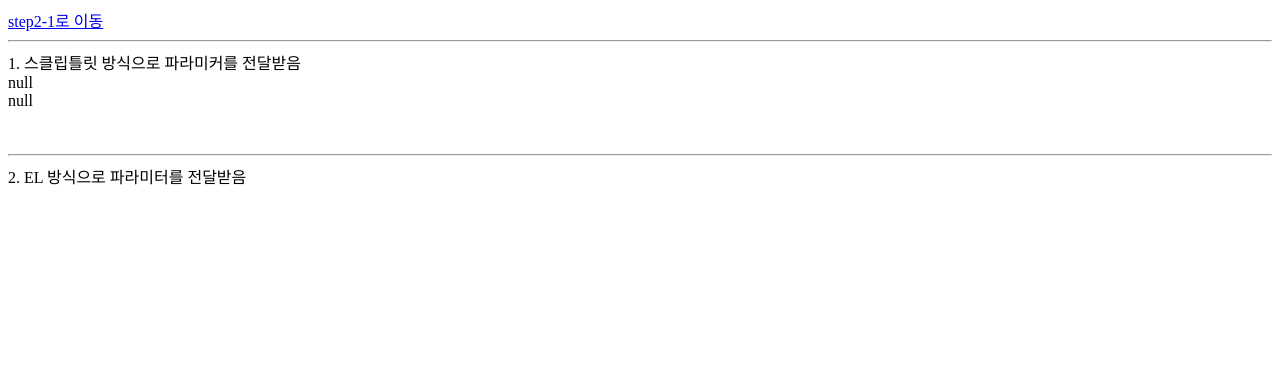
Repository: novemberjj/jsp
Page: http://localhost/jstl_study/step2-2.jsp
The author's editor kept a copy of each file at every save. The page is drawn from the files as they stood at one save, then again after the next save.
The browser window is 1280 px wide. The pictures show the whole page.
The page is served by Tomcat 9.

Above is the page before, as saved 2023-05-09 06:49:54.

After the next save:
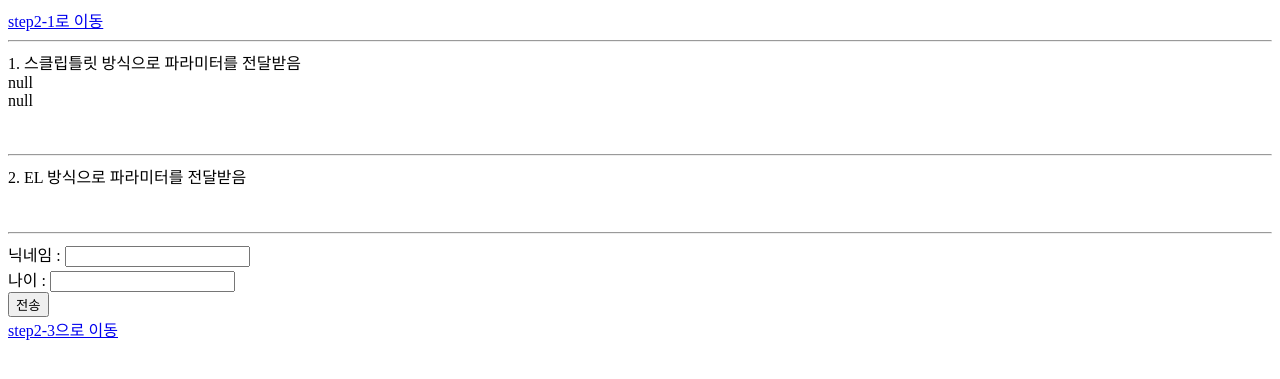
Saved 20 s later.
--- a/jstl_project/jstl_study/src/main/webapp/step2-2.jsp
+++ b/jstl_project/jstl_study/src/main/webapp/step2-2.jsp
@@ -9,7 +9,7 @@
 <body>
 	<a href="step2-1.jsp">step2-1로 이동</a>
 	<hr>
-	1. 스클립틀릿 방식으로 파라미커를 전달받음 <br>
+	1. 스클립틀릿 방식으로 파라미터를 전달받음 <br>
 	<%=request.getParameter("name") %><br>
 	<%=request.getParameter("address") %><br>
 	<br><br>
@@ -17,5 +17,15 @@
 	2. EL 방식으로 파라미터를 전달받음 <br>
 	${param.name}<br>
 	${param.address}<br>
+
+	<!-- EL 방식으로 값이 null이 오게 되면 브라우저에 아무 값도 출력치 않는다 -->
+
+	<hr>
+	<form action="step2-3.jsp"><!-- 값을 step2-3.jsp로 전송 -->
+		닉네임 : <input type="text" name="nick" /> <br>
+		나이 : <input type="text" name="age"> <br>
+		<button type="submit">전송</button>
+	</form>
+	<a href="step2-3.jsp">step2-3으로 이동</a>
 </body>
 </html>
